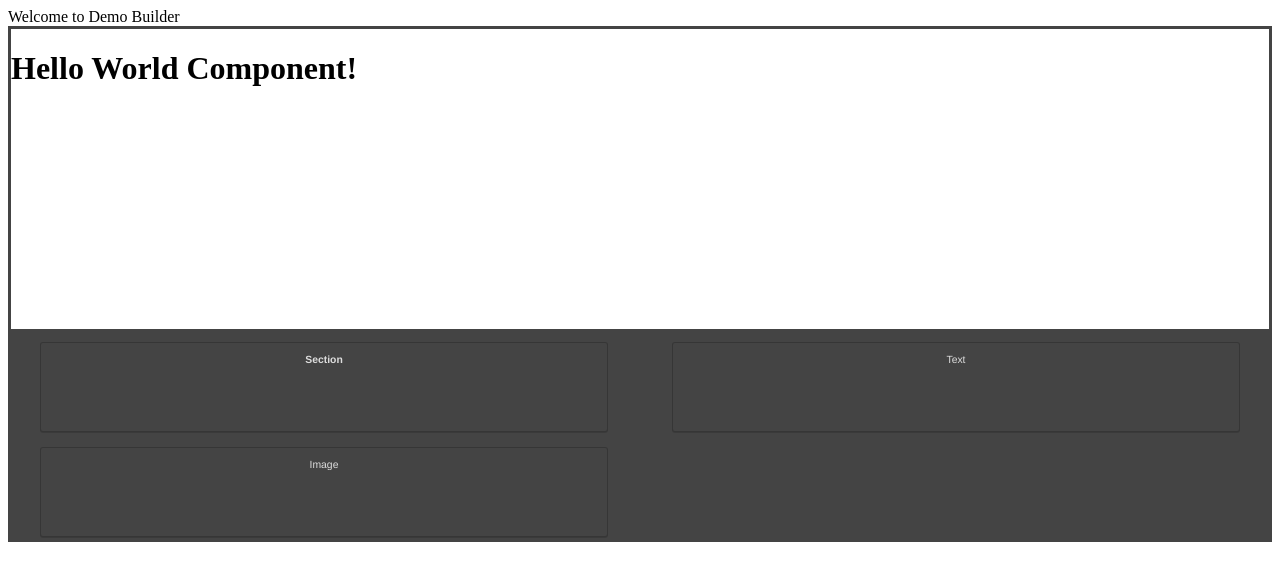
Repository: adityakulkarni000/DemoBuilder
Page: index.html
These files come from the project's save history. The page is drawn as it stood at one moment and after a run of saves; the edit follows.
The browser window is 1280 px wide. The pictures show the whole page.

Above is the page before, as saved 2022-06-19 01:01:50.

After the next 2 saves:
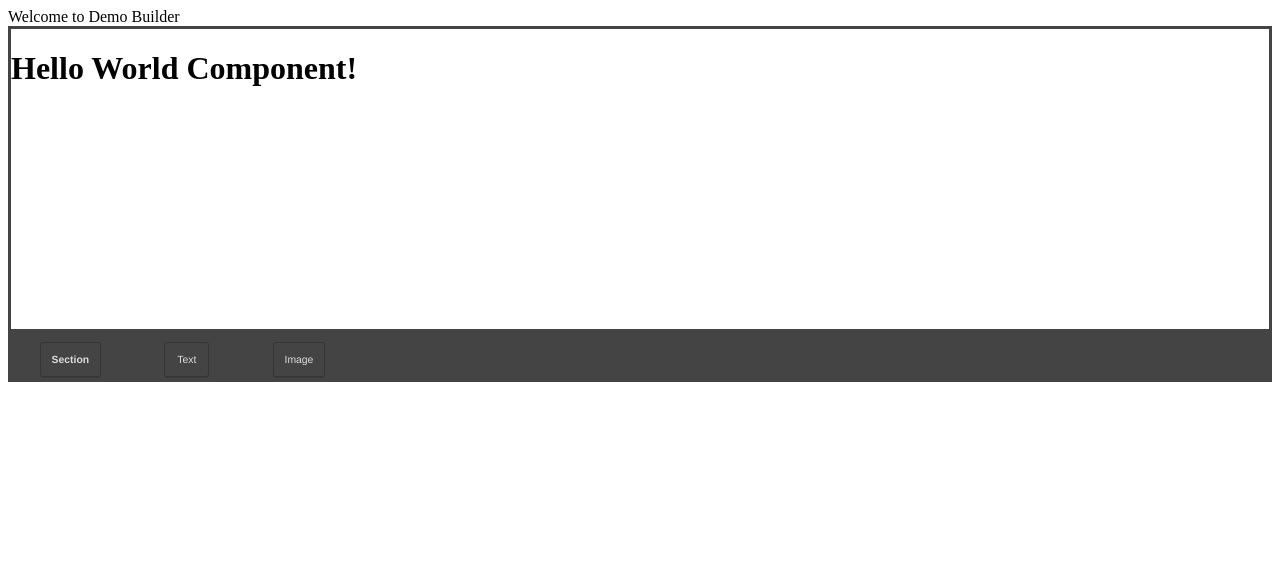
The 2 saves are shown as one change because they came seconds apart.
The last was saved 14 s later.
--- a/index.html
+++ b/index.html
@@ -15,6 +15,11 @@
       top: 0;
       width: 100%;
       height: 100%;
+    }
+    .gjs-block {
+      width: auto;
+      height: auto;
+      min-height: auto;
     }
   </style>
 
